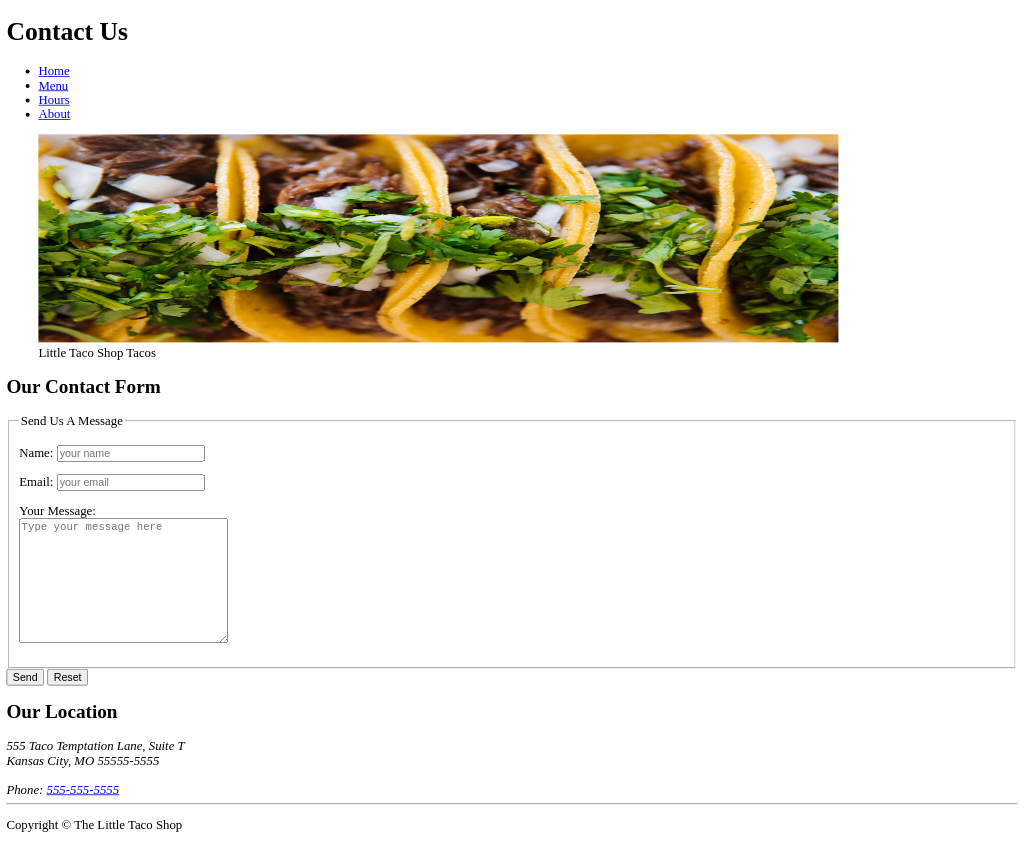
Repository: nabieusuma/Little-taco-shop
Page: contact.html
An editor plug-in stored every save of this project. The page is shown before and after the next save, followed by the edit.
The browser window is 1280 px wide. The pictures show the whole page, at 80% of full size.

Above is the page before, as saved 2026-05-05 23:46:59.

### contact.html
<!doctype html>
<html lang="en">
  <head>
    <meta charset="UTF-8" />
    <meta name="author" content="Nabieu suma " />
    <meta
      name="description"
      content="Contact information for The Little Taco Shop"
    />
    <title>Contact Us - LTS</title>
    <link rel="icon" href="favicon.ico" type="image/x-icon" />
    <link rel="stylesheet" href="css/style.css" />
  </head>

  <body>
    <header class="header">
      <h1 class="header__h1">Contact Us</h1>
      <nav class="header__nav">
        <ul class="header__ul">
          <li>
            <a href="/">Home</a>
          </li>
          <li>
            <a href="/#menu">Menu</a>
          </li>
          <li>
            <a href="hours.html">Hours</a>
          </li>
          <li>
            <a href="about.html">About </a>
          </li>
        </ul>
      </nav>
    </header>
    <section class="hero">
      <figure>
        <img
          src="./Images/tacos_close_up_1000x649.png"
          alt="Little Taco Shop Tacos"
          title="Tacos ready to eat!"
          width="1000"
          height="260"
        />
        <figcaption>Little Taco Shop Tacos</figcaption>
      </figure>
    </section>
    <main>
      <section>
        <h2>Our Contact Form</h2>

        <form action="https://httpbin.org/get" method="get">
          <fieldset>
            <legend>Send Us A Message</legend>
            <p>
              <label for="name">Name:</label>
              <input
                type="text"
                name="name"
                id="name"
                placeholder="your name"
                required
              />
            </p>
            <p>
              <label for="email">Email:</label>
              <input
                type="email"
                name="email"
                id="email"
                placeholder="your email"
                required
              />
            </p>
            <p>
              <label for="message">Your Message:</label>
              <br />
              <textarea
                name="message"
                id="message"
                cols="30"
                rows="10"
                placeholder="Type your message here"
              ></textarea>
            </p>
          </fieldset>
          <button type="submit">Send</button>
          <button type="reset">Reset</button>
        </form>
      </section>
      <section>
        <h2>Our Location</h2>
        <address>
          555 Taco Temptation Lane, Suite T<br />
          Kansas City, MO 55555-5555
          <br /><br />
          Phone: <a href="tel:+5555555555">555-555-5555</a>
        </address>
      </section>
    </main>
    <hr />
    <footer>
      <p>Copyright &copy; The Little Taco Shop</p>
    </footer>
  </body>
</html>

Loaded but not shown: style.css (no copy from this time; the picture is the same without it)

After the next save:
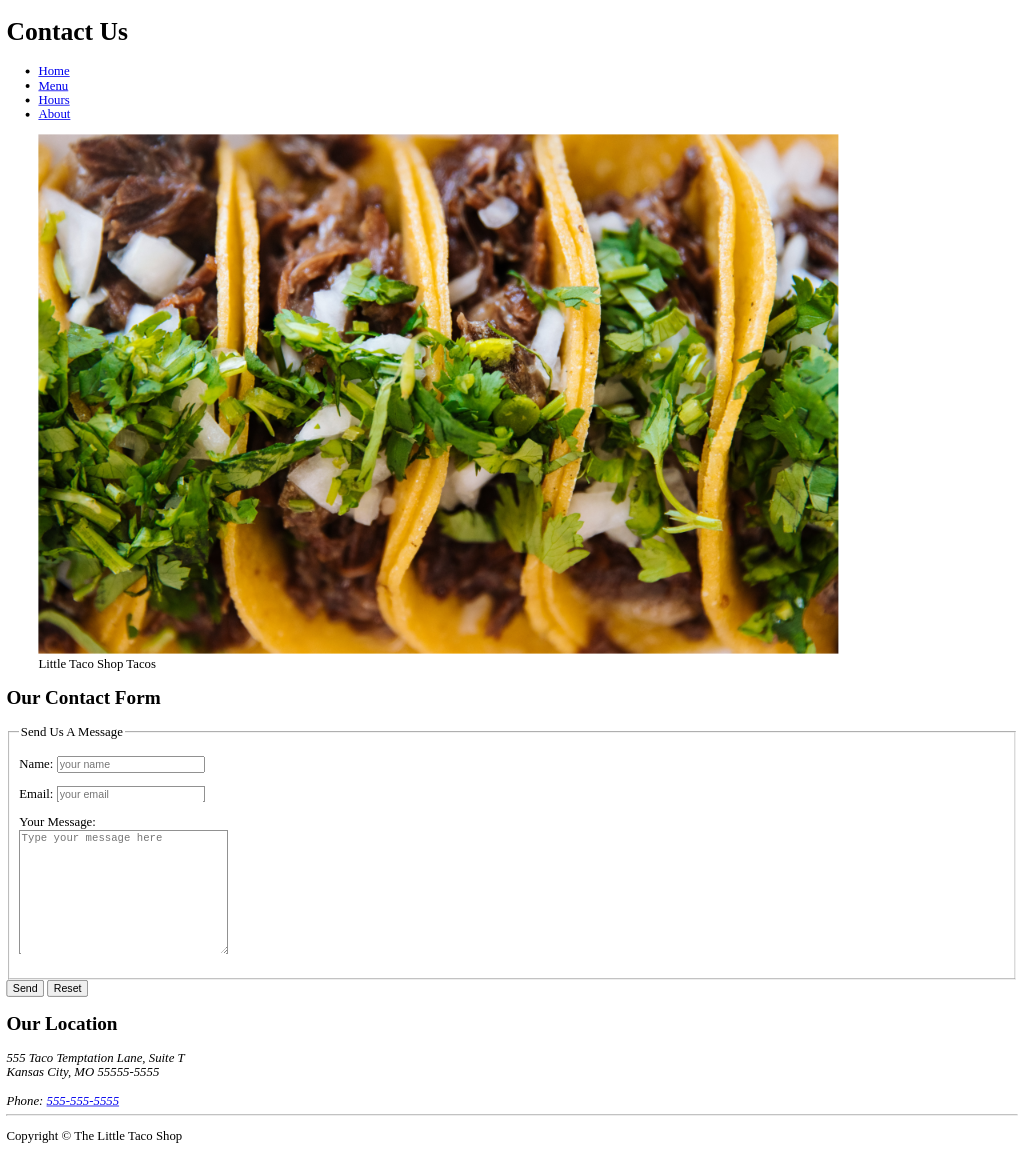
Saved 4 s later.
--- a/contact.html
+++ b/contact.html
@@ -39,7 +39,7 @@
           alt="Little Taco Shop Tacos"
           title="Tacos ready to eat!"
           width="1000"
-          height="260"
+          height="649"
         />
         <figcaption>Little Taco Shop Tacos</figcaption>
       </figure>
